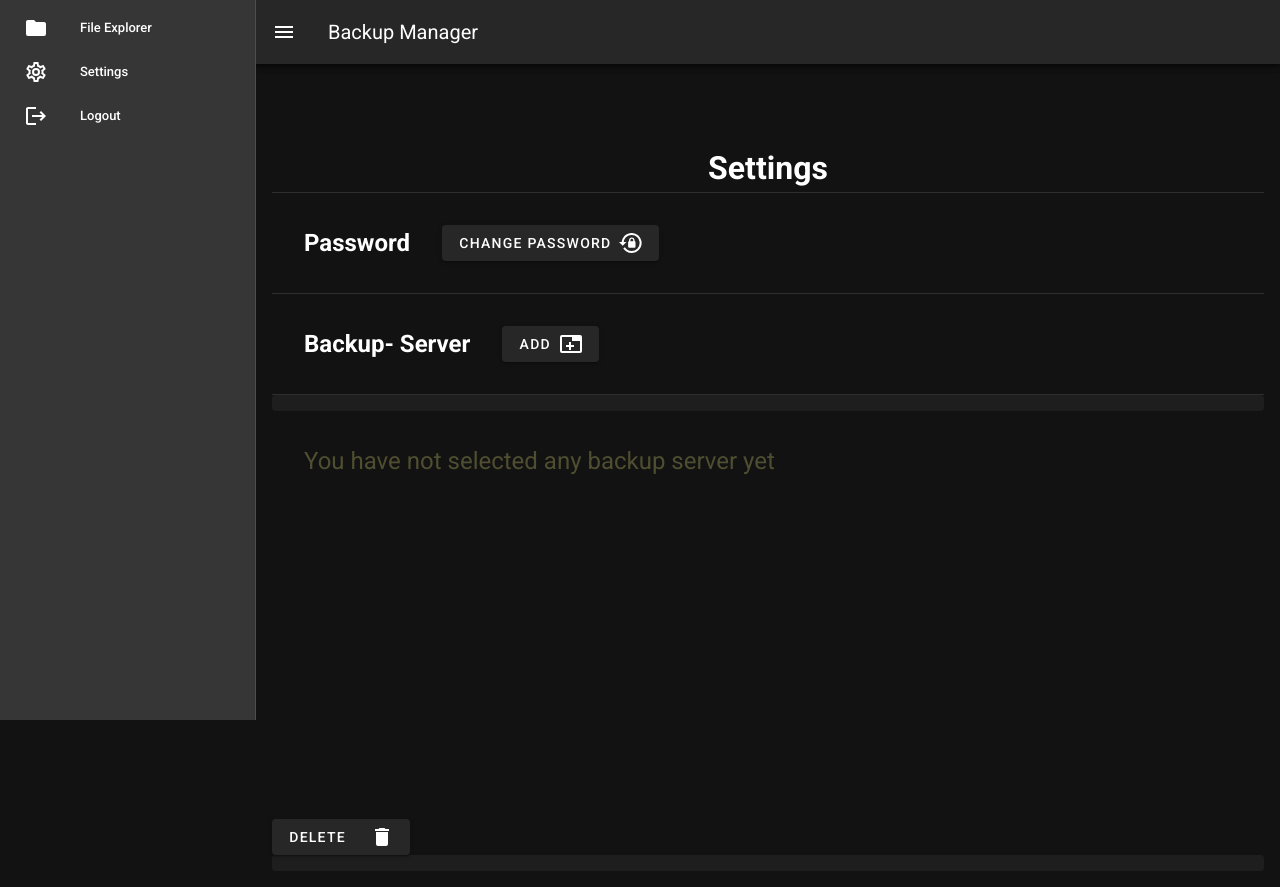
Repository: Erik966/Backup-Manager-Frontend
Page: /settings
The author's editor kept a copy of each file at every save. The page is drawn from the files as they stood at one save, then again after the next save.
The browser window is 1280 px wide. The pictures show the whole page.
The project was rebuilt for these pictures with package versions that can differ from the ones it lists, and the page was loaded fresh each time. Also part of the build but not shown: vue.config.js, src/components/Login.vue, src/views/Login.vue, src/views/secure.vue.

Above is the page before, as saved 2023-01-17 00:00:38.

### public/index.html
<!DOCTYPE html>
<html lang="en">
  <head>
    <meta charset="utf-8">
    <meta http-equiv="X-UA-Compatible" content="IE=edge">
    <meta name="viewport" content="width=device-width,initial-scale=1.0">
    <!--link rel="icon" href="<%= BASE_URL %>favicon.ico"-->
    <title>Homepagename</title>
    <link rel="stylesheet" href="https://fonts.googleapis.com/css?family=Roboto:100,300,400,500,700,900">
    <link rel="stylesheet" href="https://cdn.jsdelivr.net/npm/@mdi/font@latest/css/materialdesignicons.min.css">
  </head>
  <body>
    <noscript>
      <strong>We're sorry but <!--%= htmlWebpackPlugin.options.title %--> doesn't work properly without JavaScript enabled. Please enable it to continue.</strong>
    </noscript>
    <div id="app"></div>
    <!-- built files will be auto injected -->
  </body>
</html>

### src/views/settings.vue
<template>
    <Settings />
  </template>

  <script>
    import Settings from '../components/Settings'

    export default {
      //name: 'Home',

      components: {
        Settings,
      },
    }
  </script>

### src/components/Settings.vue
<template>
  <v-main>
    <div class="main">
      <Navigation />

      <h1>Settings</h1>

      <v-divider></v-divider>

      <div class="settingHeadlineContainer">
        <h2 class="settingHeading">Password</h2>
        <v-btn @click="onClickShowChangePassword" item.icon>
          change password
          <v-icon class="iconPadding">{{ changePassword }}</v-icon>
        </v-btn>
      </div>

      <div class="passwordContainerWrapper" v-if="changePasswordActive">
        <div class="passwordInputFieldContainer">
          <div class="passwordBlockContainer">
            <div>
              <p>old password</p>
            </div>
            <div>
              <input
                class="passwordInputField"
                type="text"
                name="fname"
                v-model="password.oldPassword"
              />
            </div>
          </div>
          <div class="passwordBlockContainer">
            <div>
              <p>new password</p>
            </div>
            <div>
              <input
                class="passwordInputField"
                type="text"
                name="fname"
                v-model="password.newPassword"
              />
            </div>
          </div>
          <div class="passwordBlockContainer">
            <div>
              <p>repeat new password</p>
            </div>
            <div class="passwordBlockContainer">
              <input
                class="passwordInputField"
                type="text"
                name="fname"
                v-model="password.newPasswordRepeat"
              />
            </div>
          </div>
          <div class="buttonAllertContainer">
            <div>
              <v-btn @click="onPasswordChangedClick" item.icon>
                change password
                <v-icon id="changePassword" class="iconPadding">{{
                  changePassword
                }}</v-icon>
              </v-btn>
            </div>
            <div>
              <v-alert
                v-if="changePasswordStatusFailed"
                border="left"
                color="red"
                dense
                type="warning"
                max-width="300px"
                >{{ changePasswordFailedMessage }}</v-alert
              >
              <v-alert
                v-if="changePasswordStatusSuccess"
                border="left"
                color="green"
                dense
                type="success"
                max-width="300px"
                >Password changed succesfully.</v-alert
              >
            </div>
          </div>
        </div>
      </div>

      <v-divider></v-divider>

      <div class="settingHeadlineContainer">
        <h2 class="settingHeading">Backup- Server</h2>
        <v-btn @click="onClickShowAddBackupServer" item.icon>
          ADD
          <v-icon class="iconPadding">{{ addIcon }}</v-icon>
        </v-btn>
      </div>

      <div class="passwordContainerWrapper" v-if="addBackupServerActive">
        <div class="passwordInputFieldContainer">
          <div class="passwordBlockContainer">
            <div>
              <p>server address</p>
            </div>
            <div>
              <input
                class="passwordInputField"
                type="text"
                name="fname"
                v-model="backupServerInformations.serverAddress"
              />
            </div>
          </div>
          <div class="passwordBlockContainer">
            <div>
              <p>username</p>
            </div>
            <div>
              <input
                class="passwordInputField"
                type="text"
                name="fname"
                v-model="backupServerInformations.username"
              />
            </div>
          </div>
          <div class="passwordBlockContainer">
            <div>
              <p>path</p>
            </div>
            <div>
              <input
                class="passwordInputField"
                type="text"
                name="fname"
                v-model="backupServerInformations.path"
              />
            </div>
          </div>
          <div class="buttonAllertContainer">
            <div id="addButton">
              <v-btn @click="addBackupServer" item.icon>
                add
                <v-icon id="addIcon" class="iconPadding">{{ addIcon }}</v-icon>
              </v-btn>
            </div>
            <div>
              <v-alert
                border="left"
                color="red"
                dense
                type="warning"
                max-width="300px"
                v-if="addBackupServerFailed"
                >{{ addBackupServerFailedAllert }}
              </v-alert>
            </div>
          </div>
        </div>
      </div>

      <v-divider></v-divider>

      <div class="pathsContainer">
        <v-list dense rounded>
          <v-list-item
            @click="onMemoryLocationListItemClicked"
            v-for="item in memoryLocations"
            :key="item.title"
            link
          >
            <v-list-item-icon>
              <v-icon>{{ folderIcon }}</v-icon>
            </v-list-item-icon>
            <v-list-item-content>
              <v-list-item-title>{{ item.path }}</v-list-item-title>
            </v-list-item-content>
            <v-list-item-icon v-if="deleteIconsActive">
              <v-icon id="deleteIcon" @click="onPathDeleteIconClicked(item)">{{
                deleteIcon
              }}</v-icon>
            </v-list-item-icon>
            <v-icon id="editIcon">{{ editIcon }}</v-icon>
          </v-list-item>
        </v-list>
        <div v-if="memoryLocations.length == 0">
          <p class="hint">You have not selected any backup server yet</p>
        </div>
      </div>
      <div id="deleteButton">
        <v-btn @click="onDeleteButtonClicked" item.icon>
          delete
          <v-icon id="addIcon" class="iconPadding">{{ deleteIcon }}</v-icon>
        </v-btn>
      </div>
      <v-list dense rounded>
        <v-list-item v-for="item in items2" :key="item.title" link>
          <v-list-item-content @click="on_item_click(item.number)">
            <v-list-item-title >{{
              item.server
            }}</v-list-item-title>
            <v-list-item-title >{{
              item.path
            }}</v-list-item-title>

                <v-btn @click="removeserver(item.server)">
                  <v-icon small>mdi-delete</v-icon>
                </v-btn>

          </v-list-item-content>
        </v-list-item>
      </v-list>
    </div>
  </v-main>
</template>

<script>
import Navigation from "../components/Navigation.vue";
import CryptoJS from "crypto-js";
import axios from "axios";

import { mdiTabPlus } from "@mdi/js";
import { mdiFolder } from "@mdi/js";
import { mdiDelete } from "@mdi/js";
import { mdiPencilOutline } from "@mdi/js";
import { mdiLockReset } from "@mdi/js";

export default {
  components: {
    Navigation,
  },
  data: () => ({
    addIcon: mdiTabPlus,
    folderIcon: mdiFolder,
    deleteIcon: mdiDelete,
    editIcon: mdiPencilOutline,
    changePassword: mdiLockReset,
    deleteIconsActive: false,
    changePasswordActive: false,
    addBackupServerActive: false,
    memoryLocations: [],
    items2: [],
    password: {
      oldPassword: "",
      newPassword: "",
      newPasswordRepeat: "",
    },
    backupServerInformations: {
      serverAddress: "",
      username: "",
      path: "",
    },
    changePasswordFailedMessage: "Something went wrong!",
    changePasswordStatusSuccess: false,
    changePasswordStatusFailed: false,
    addBackupServerFailed: false,
    addBackupServerFailedAllert: "Something went wrong!",
  }),
  mounted() {
    this.getBackupServer();
  },

  methods: {
    addBackupServer() {
      if (this.backupServerInformations.serverAddress == "" && this.backupServerInformations.username == "" && this.backupServerInformations.path == "") return;
      let data = new FormData();

       data.append("secret", CryptoJS.AES.encrypt(localStorage.getItem("username") + localStorage.getItem("key_diff"),localStorage.getItem("ka")).toString() )
      data.append("username", localStorage.getItem("username"))
      data.append("host" ,this.backupServerInformations.serverAddress);
      data.append("username", this.backupServerInformations.username);
      data.append("path", this.backupServerInformations.path);
      data.append("auth",  localStorage.getItem("token"))
      axios
        .post("http://localhost:5000//sshcheck", data)
        .then((response) => {
          console.log(response);
          localStorage.setItem("key_diff", CryptoJS.AES.decrypt(response.data.secret, localStorage.getItem("ka")).toString(CryptoJS.enc.Utf8));
          this.backupServerInformations.serverAddress = "";
          this.backupServerInformations.username = "";
          this.backupServerInformations.path = "";
          this.getBackupServer();
        })
        .catch(console.error);


    },
    removeserver(serverAddress){
      let data = new FormData();
       data.append("secret", CryptoJS.AES.encrypt(localStorage.getItem("username") + localStorage.getItem("key_diff"),localStorage.getItem("ka")).toString() )
      data.append("username", localStorage.getItem("username"))
      data.append("auth",  localStorage.getItem("token"))
      data.append("rmserver",  serverAddress)
      axios
        .post("http://localhost:5000//removeserver", data)
        .then(
          (res) => {
            if (res.status === 200) {
              localStorage.setItem("key_diff", CryptoJS.AES.decrypt(res.data.secret, localStorage.getItem("ka")).toString(CryptoJS.enc.Utf8));
              this.getBackupServer();
            }
          },
          (err) => {
            console.log(err.response);
          }
        );

    },
    getBackupServer(){
      let data = new FormData();
       data.append("secret", CryptoJS.AES.encrypt(localStorage.getItem("username") + localStorage.getItem("key_diff"),localStorage.getItem("ka")).toString() )
      data.append("username", localStorage.getItem("username"))
      data.append("auth",  localStorage.getItem("token"))
      axios
        .post("http://localhost:5000/getbackupserver", data)
        .then(
          (res) => {
            if (res.status === 200) {
              console.log(res.data);
              let backup = res.data.backup;
              localStorage.setItem("key_diff", CryptoJS.AES.decrypt(res.data.secret, localStorage.getItem("ka")).toString(CryptoJS.enc.Utf8));
              this.items2 = [];
              for (var i = 0; i < backup.length; i++) {
                this.items2.push({
                  server: backup[i]["serverAddress"],
                  path: backup[i]["path"],
                });
              }
            }
          },
          (err) => {
            console.log(err.response);
          }
        );
    },
    onMemoryLocationListItemClicked() {
      console.log("hello");
    },
    onPathDeleteIconClicked(item) {
      this.memoryLocations.splice(item, 1);
    },
    onDeleteButtonClicked() {
      this.deleteIconsActive = !this.deleteIconsActive;
    },
    onClickShowChangePassword() {
      this.changePasswordActive = !this.changePasswordActive;
      this.changePasswordStatusFailed = false;
      this.changePasswordStatusSuccess = false;
      this.password = [];
    },
    onClickShowAddBackupServer() {
      this.addBackupServerActive = !this.addBackupServerActive;
    },
    onPasswordChangedClick() {
      this.changePasswordStatusFailed = false;
      this.changePasswordStatusSuccess = false;
      if (this.password.newPassword === this.password.newPasswordRepeat) {
        axios
          .post("http://localhost:5000/changePassword", {
            oldPassword: this.password.oldPassword,
            newPassword: this.newPassword,
          })
          .then(
            (res) => {
              //if successfull
              if (res.status === 200) {
                console.log("200");
                this.changePasswordStatusSuccess = true;
              }
            },
            (err) => {
              console.log("401");
              console.log(err.response.data);
              this.changePasswordStatusFailed = true;
              this.changePasswordFailedMessage = "The old password is wrong.";
            }
          );
      } else {
        this.changePasswordStatusFailed = true;
        this.changePasswordFailedMessage = "New passwords do not match.";
      }
      this.password = [];
    },

    onAddedButtonClicked() {
      if (
        this.backupServerInformations.serverAddress &&
        this.backupServerInformations.username &&
        this.backupServerInformations.path
      )
      console.log("reached")
      {
        axios
          .post("http://localhost:5000/addBackupServer", {
            serverAddress: this.backupServerInformations.serverAddress,
            username: this.backupServerInformations.username,
            path: this.backupServerInformations.path,
          })
          .then(
            (res) => {
              //if successfull
              if (res.status === 200) {
                console.log("200");
              }
            },
            (err) => {
              console.log("401");
              console.log(err.response.data);
            }
          );
      }

      this.addBackupServerFailed = true;
      this.addBackupServerFailedAllert = "This server does not exist";
      this.backupServerInformations = [];

      this.memoryLocations.push({
        path: "C:/",
        icon: mdiFolder,
      });
    },
  },
};
</script>

<style>
.pathsContainer {
  height: 400px;
  overflow-y: auto;
}
.btnsContainer {
  display: flex;
  flex-wrap: nowrap;
  align-items: center;
  padding: 16px;
}
#addIcon {
  margin-left: 16px;
  scale: 1;
}
#deleteIcon {
  color: red;
}
#pathInputField {
  border-radius: 4px;
  background-color: white;
  background-position: 10px 10px;
  background-repeat: no-repeat;
  padding-left: 40px;
  height: 32px;
  width: calc(100% - 32px);
}
.passwordInputField {
  margin: 8px 0px 8px 0px;
  border-radius: 4px;
  background-color: white;
  padding-left: 8px;
  background-position: 10px 10px;
  height: 32px;
  margin-left: 16px;
}
#deleteButton {
  padding-top: 24px;
}
#changePassword {
  padding-left: 16px;
}
#addInputField {
  flex-grow: 10;
}
.main {
  padding: 16px;
}
#editIcon {
  margin-left: 16px;
}
.passwordInputFieldContainer {
  padding: 32px;
  min-width: calc(30% + 64px);
  background-color: #222222; /* selbe Farbe wie oben!*/
  border-radius: 4px;
}
.passwordContainerWrapper {
  margin: 16px 0px 48px 0px;
  display: flex;
  justify-content: center;
}
.passwordBlockContainer {
  display: flex;
  justify-content: space-between;
}
.settingHeadlineContainer {
  margin: 32px;
  display: flex;
  justify-content: left;
  flex-direction: row;
}
.settingHeading {
  margin-right: 32px;
}
.hint {
  color: #504e31;
  padding: 32px;
  font-size: 24px;
}
.iconPadding {
  padding-left: 8px;
}
.buttonAllertContainer {
  display: flex;
  justify-content: space-between;
  align-items: flex-start;
  margin-top: 24px;
  gap: 8px;
}
</style>

// wichtige Quelle: https://www.youtube.com/watch?v=8EcBJV0sOSU // Doku: mit
window.showDirectoryPicker() | Das wählen eines Pfades über das File System
scheint keinen Sinn zu ergeben das man den ganzen Pfad über dem gewählten
directory aus Sicherheitsgründen bei einer Webapp nicht eisehen darf ... // Des
weiteren ist Window.showDirectoryPicker() für z.B. Firerfox Safari und Chrome
Mobile nicht kompatibel // Auch andere HTML/JavaScript Lösungen funktionieren
aus Sicherheitsgründen nicht:
https://stackoverflow.com/questions/2809688/directory-chooser-in-html-page/2809706#2809706
// FileSystemDirectoryEntry.getDirectory([path][, options][, successCallback][,
errorCallback]); // path Optional Either an absolute path or a path relative to
the directory on which the method is called, describing which directory entry to
return. Absolute paths may not be able to be used, !!for security reasons!!. //
https://reference.codeproject.com/dom/filesystemdirectoryentry/getdirectory
window.open("C:/"); console.log("idk wie wir es machen sollen"); // example to
test this.memoryLocations.push({ path: "C:/", icon: mdiFolder, bei den settings
macht es sinn change password und add backup server mit einem builder also eienr
component zu machen da sie beide gleich aufgebaut sind somit erreichen wir
bessere erweiterbarkeit, bessere Übersichtlichkeit, und besserere Trennung
(Modularisierung)

Loaded but not shown: src/main.js (common file); src/router/index.js (35 lines, source omitted); src/plugins/vuetify.js (11 lines, source omitted); src/components/Secure.vue (298 lines, source omitted); src/components/Navigation.vue (65 lines, source omitted); src/App.vue (36 lines, source omitted)

After the next save:
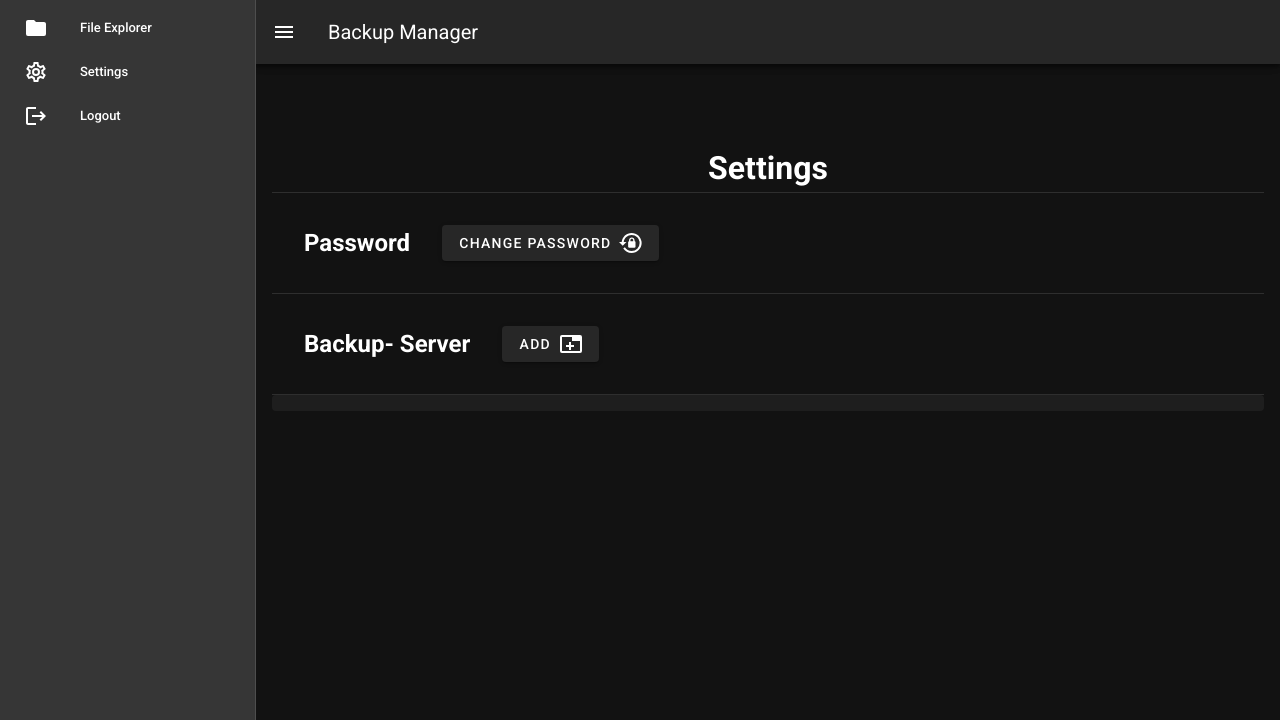
Saved 4 min 9 s later.
--- a/src/components/Settings.vue
+++ b/src/components/Settings.vue
@@ -164,38 +164,7 @@
 
       <v-divider></v-divider>
 
-      <div class="pathsContainer">
-        <v-list dense rounded>
-          <v-list-item
-            @click="onMemoryLocationListItemClicked"
-            v-for="item in memoryLocations"
-            :key="item.title"
-            link
-          >
-            <v-list-item-icon>
-              <v-icon>{{ folderIcon }}</v-icon>
-            </v-list-item-icon>
-            <v-list-item-content>
-              <v-list-item-title>{{ item.path }}</v-list-item-title>
-            </v-list-item-content>
-            <v-list-item-icon v-if="deleteIconsActive">
-              <v-icon id="deleteIcon" @click="onPathDeleteIconClicked(item)">{{
-                deleteIcon
-              }}</v-icon>
-            </v-list-item-icon>
-            <v-icon id="editIcon">{{ editIcon }}</v-icon>
-          </v-list-item>
-        </v-list>
-        <div v-if="memoryLocations.length == 0">
-          <p class="hint">You have not selected any backup server yet</p>
-        </div>
-      </div>
-      <div id="deleteButton">
-        <v-btn @click="onDeleteButtonClicked" item.icon>
-          delete
-          <v-icon id="addIcon" class="iconPadding">{{ deleteIcon }}</v-icon>
-        </v-btn>
-      </div>
+
       <v-list dense rounded>
         <v-list-item v-for="item in items2" :key="item.title" link>
           <v-list-item-content @click="on_item_click(item.number)">

After the save that followed:
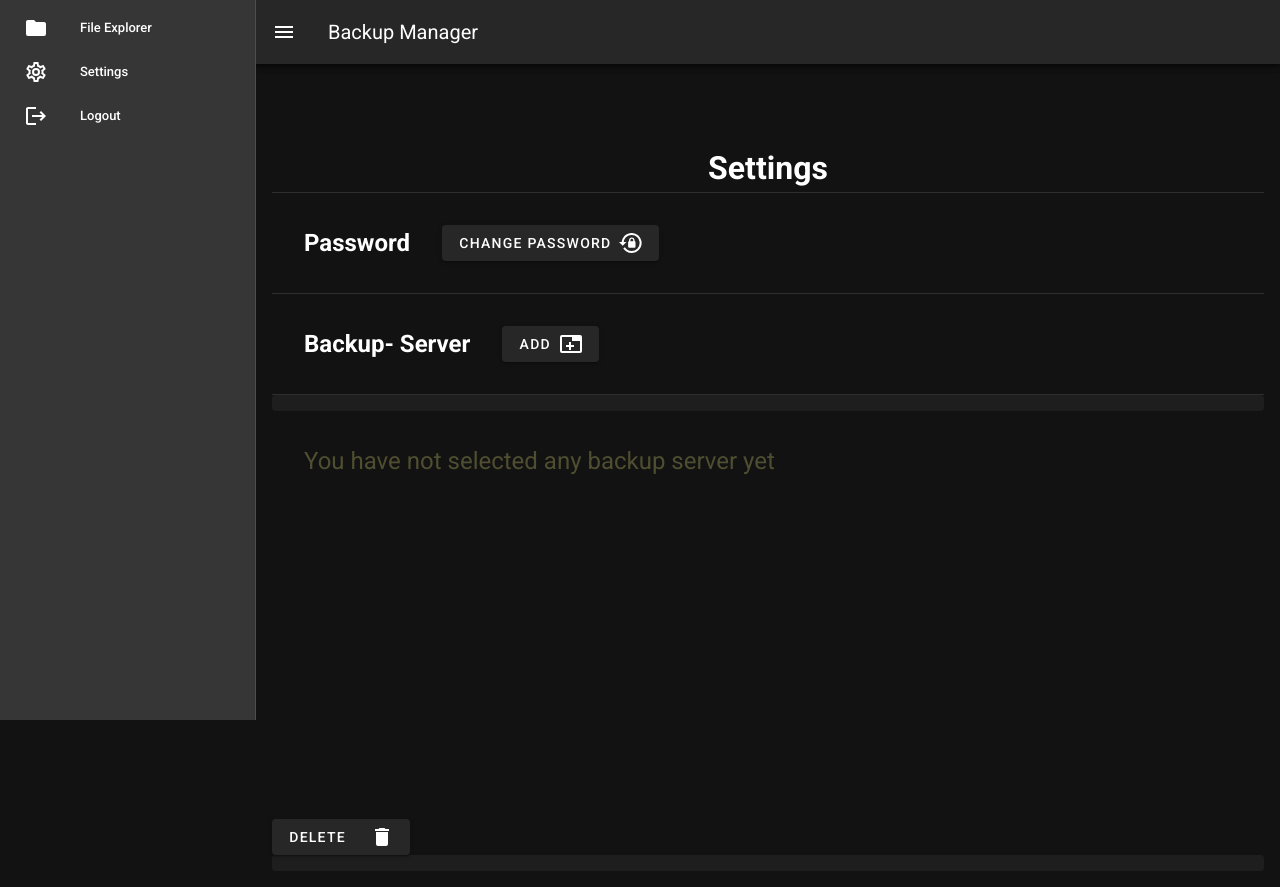
Saved 5 s later.
--- a/src/components/Settings.vue
+++ b/src/components/Settings.vue
@@ -164,7 +164,38 @@
 
       <v-divider></v-divider>
 
-
+      <div class="pathsContainer">
+        <v-list dense rounded>
+          <v-list-item
+            @click="onMemoryLocationListItemClicked"
+            v-for="item in memoryLocations"
+            :key="item.title"
+            link
+          >
+            <v-list-item-icon>
+              <v-icon>{{ folderIcon }}</v-icon>
+            </v-list-item-icon>
+            <v-list-item-content>
+              <v-list-item-title>{{ item.path }}</v-list-item-title>
+            </v-list-item-content>
+            <v-list-item-icon v-if="deleteIconsActive">
+              <v-icon id="deleteIcon" @click="onPathDeleteIconClicked(item)">{{
+                deleteIcon
+              }}</v-icon>
+            </v-list-item-icon>
+            <v-icon id="editIcon">{{ editIcon }}</v-icon>
+          </v-list-item>
+        </v-list>
+        <div v-if="memoryLocations.length == 0">
+          <p class="hint">You have not selected any backup server yet</p>
+        </div>
+      </div>
+      <div id="deleteButton">
+        <v-btn @click="onDeleteButtonClicked" item.icon>
+          delete
+          <v-icon id="addIcon" class="iconPadding">{{ deleteIcon }}</v-icon>
+        </v-btn>
+      </div>
       <v-list dense rounded>
         <v-list-item v-for="item in items2" :key="item.title" link>
           <v-list-item-content @click="on_item_click(item.number)">
